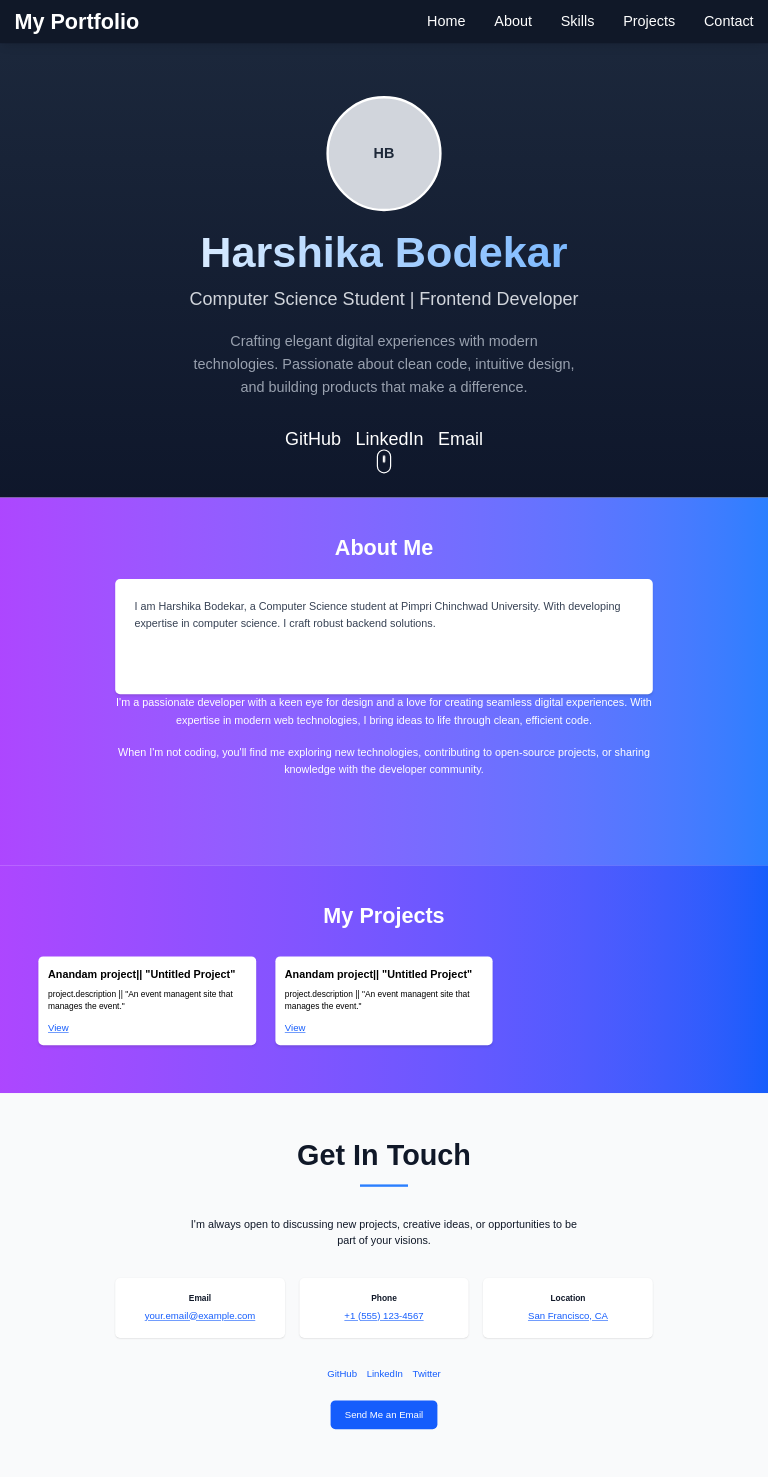
Repository: harshikabodekar/portfolio_awp
Page: /
The author's editor kept a copy of each file at every save. The page is drawn from the files as they stood at one save, then again after the next save.
The browser window is 1280 px wide. The pictures show the whole page, at 60% of full size.
The project was rebuilt for these pictures with package versions that can differ from the ones it lists, and the page was loaded fresh each time. The framework's server and built-in components were replaced by stand-ins that run in the browser. Also part of the build but not shown: next.config.mjs.

Above is the page before, as saved 2025-10-15 20:02:50.

After the next save:
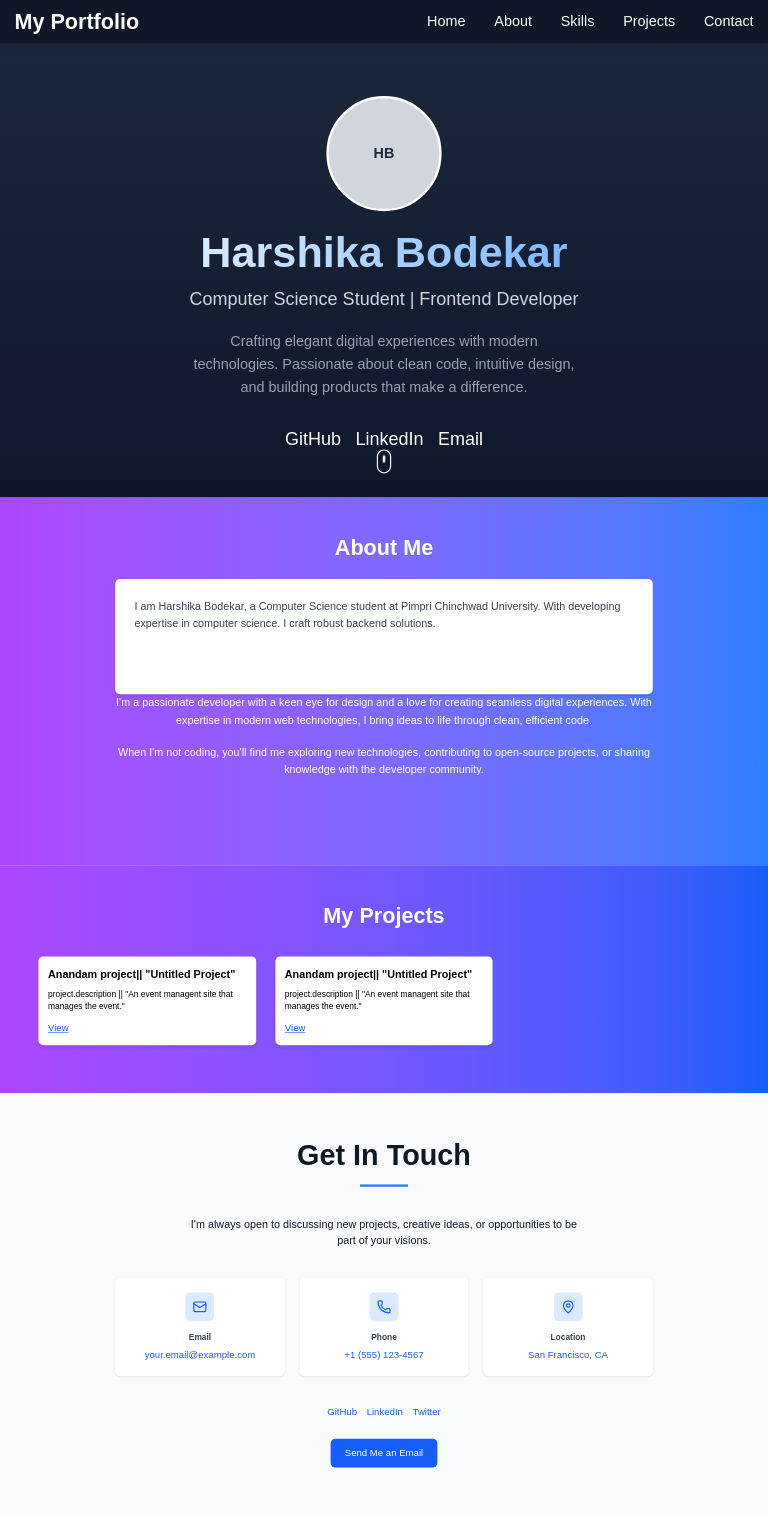
Saved 12 s later.
--- a/src/app/components/Contact.js
+++ b/src/app/components/Contact.js
@@ -26,12 +26,18 @@ const Contact = () => {
           </p>
 
           <div className="grid md:grid-cols-3 gap-6 mb-12">
-            {contactInfo.map((info, index) => (
-              <div key={index} className="bg-white p-6 rounded-lg shadow text-center">
-                <h3 className="text-sm font-semibold mb-2">{info.label}</h3>
-                <a href={info.href} className="text-blue-600 underline">{info.value}</a>
-              </div>
-            ))}
+            {contactInfo.map((info, index) => {
+              const IconComponent = info.icon;
+              return (
+                <div key={index} className="bg-white p-6 rounded-lg shadow text-center hover:shadow-lg transition-shadow">
+                  <div className="inline-flex p-3 bg-blue-100 rounded-lg mb-4">
+                    <IconComponent className="w-6 h-6 text-blue-600" />
+                  </div>
+                  <h3 className="text-sm font-semibold mb-2 text-gray-700">{info.label}</h3>
+                  <a href={info.href} className="text-blue-600 hover:text-blue-800 transition-colors">{info.value}</a>
+                </div>
+              );
+            })}
           </div>
 
           <div className="text-center">
